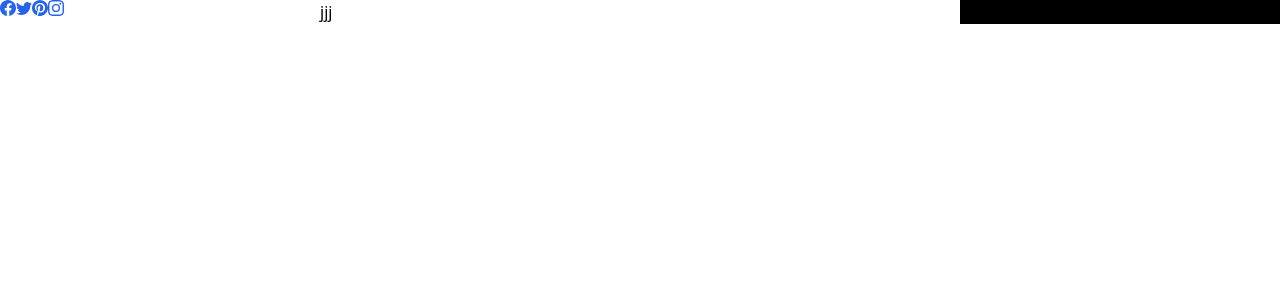
Repository: tentaciones/catMemeGenerator
Page: /
The author's editor kept a copy of each file at every save. The page is drawn from the files as they stood at one save, then again after the next save.
The browser window is 1280 px wide. The pictures show the whole page.
The project was rebuilt for these pictures with package versions that can differ from the ones it lists, and the page was loaded fresh each time.

Above is the page before, as saved 2022-07-07 13:43:04.

### src/App.js
import { Navbar } from "./components";
function App() {
  return (
    <div className="">
      <Navbar />
    </div>
  );
}

export default App;

### src/components/Navbar.jsx
import React from "react";
import {
  BsFacebook,
  BsTwitter,
  BsPinterest,
  BsInstagram,
} from "react-icons/bs";
const Navbar = () => {
  return (
    <nav>
      <div className="flex">
        <div className="w-1/4 text-blue-600 flex">
          <BsFacebook />
          <BsTwitter />
          <BsPinterest />
          <BsInstagram />
        </div>
        <div className="w-2/4">jjj</div>
        <div className="bg-black w-1/4">hhh</div>
      </div>
    </nav>
  );
};

export default Navbar;

Loaded but not shown: public/index.html (common file); src/index.js (common file); src/index.css (common file); src/reportWebVitals.js (common file); src/components/index.js (common file); tailwind.config.js (common file)

After the next save:
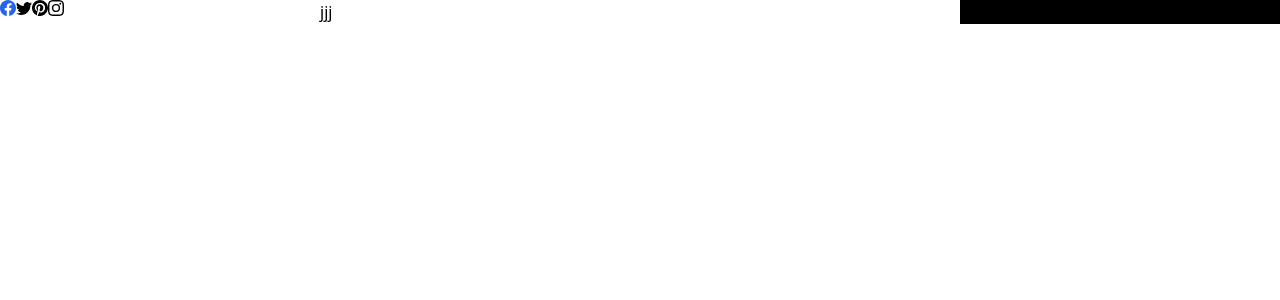
Saved 21 s later.
--- a/src/components/Navbar.jsx
+++ b/src/components/Navbar.jsx
@@ -9,8 +9,8 @@
   return (
     <nav>
       <div className="flex">
-        <div className="w-1/4 text-blue-600 flex">
-          <BsFacebook />
+        <div className="w-1/4 flex">
+          <BsFacebook className="text-blue-600" />
           <BsTwitter />
           <BsPinterest />
           <BsInstagram />
